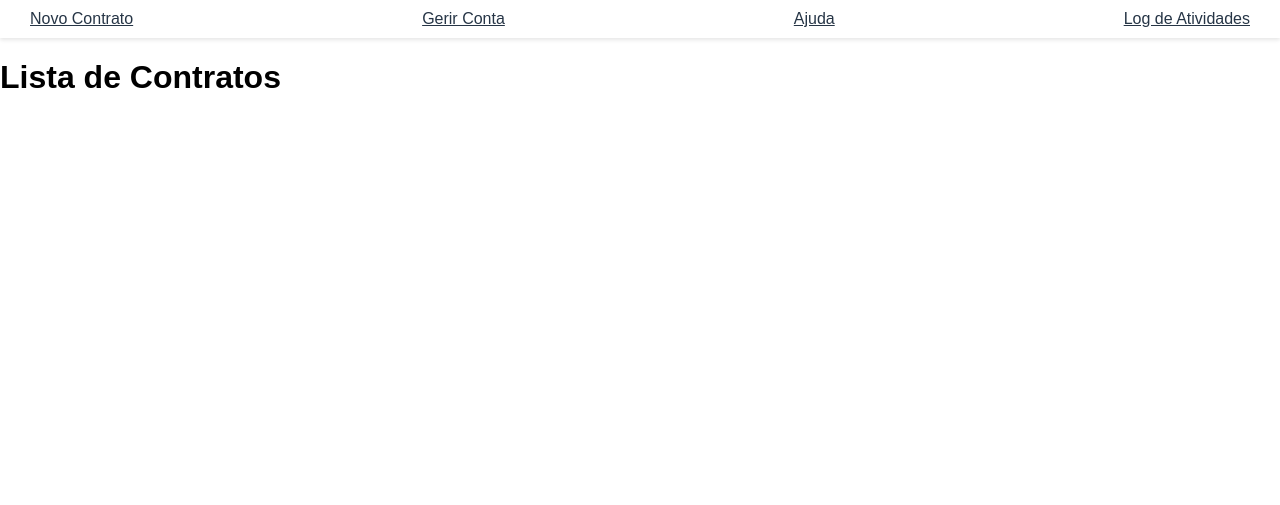
Repository: YuaneCastro/Sistema-de-Gest-o-de-Usu-rios-e-Contratos
Page: tela-principal/tela-principal.html
An editor plug-in stored every save of this project. The page is shown before and after the next save, followed by the edit.
The browser window is 1280 px wide. The pictures show the whole page.
After loading, the first visible `#criar-contrato-link` was clicked once.
The page's requests for data from a server got no answer.

Above is the page before, as saved 2024-06-23 11:15:46.
Console error: TypeError: Cannot read properties of null (reading 'addEventListener')

After the next save:
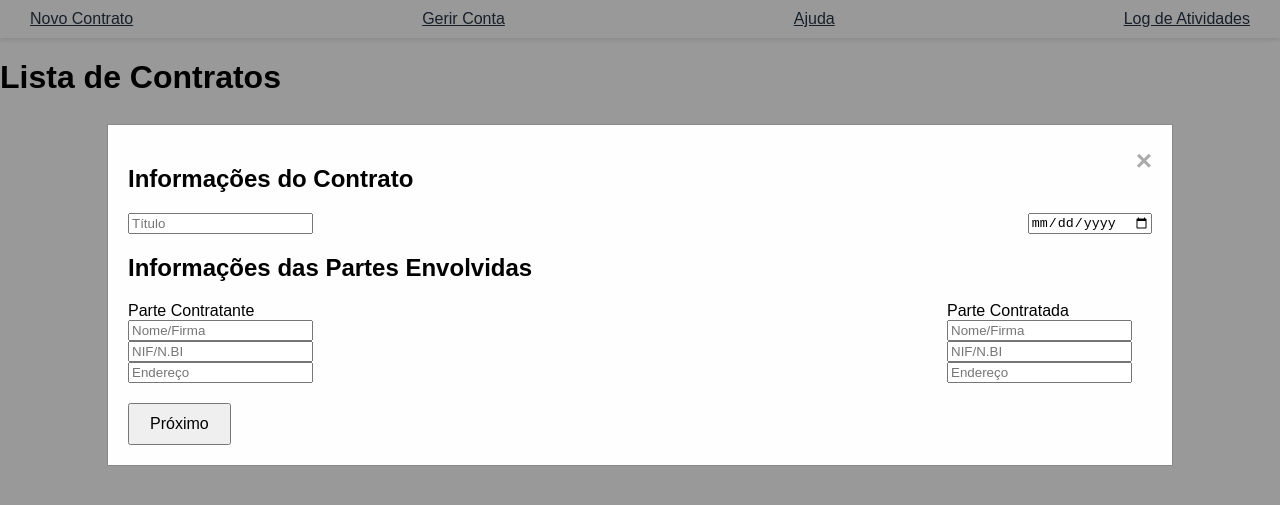
Saved 77 s later.
--- a/tela-principal/script-principal.js
+++ b/tela-principal/script-principal.js
@@ -2,76 +2,106 @@ document.addEventListener('DOMContentLoaded', () => {
     loadContratos();
     carregarLogsAtividades();
 
-    // Pega o modal
-    var modal = document.getElementById("logModal");
-
-    // Pega o link que abre o modal
-    var link = document.getElementById("log-atividades-link");
-
-    // Pega o elemento <span> que fecha o modal
-    var span = document.getElementsByClassName("close")[0];
-
-    // Quando o usuário clicar no link, abre o modal
-    link.onclick = function() {
+    // Função para abrir modal
+    function openModal(modal) {
         modal.style.display = "block";
     }
 
-    // Quando o usuário clicar no <span> (x), fecha o modal
-    span.onclick = function() {
+    // Função para fechar modal
+    function closeModal(modal) {
         modal.style.display = "none";
+    }
+
+    // Pega os modais
+    var logModal = document.getElementById("logModal");
+    var contratoModal = document.getElementById("contratoModal");
+    var helpModal = document.getElementById("helpModal");
+    var updateModal = document.getElementById("updateModal");
+
+    // Pega os links que abrem os modais
+    var logLink = document.getElementById("log-atividades-link");
+    var contratoLink = document.getElementById("criar-contrato-link");
+    var manageAccountLink = document.getElementById("manage-account-link");
+    var updateInfoLink = document.getElementById("update-info-link");
+
+    // Pega os elementos <span> que fecham os modais
+    var closeButtons = document.getElementsByClassName("close");
+
+    // Quando o usuário clicar nos links, abre os modais correspondentes
+    logLink.onclick = function() {
+        openModal(logModal);
+    }
+
+    contratoLink.onclick = function() {
+        openModal(contratoModal);
+    }
+
+    manageAccountLink.onclick = function() {
+        openModal(helpModal);
+    }
+
+    updateInfoLink.onclick = function() {
+        openModal(updateModal);
+    }
+
+    // Quando o usuário clicar nos <span> (x), fecha os modais correspondentes
+    for (let button of closeButtons) {
+        button.onclick = function() {
+            closeModal(button.closest(".modal"));
+        }
     }
 
     // Quando o usuário clicar em qualquer lugar fora do modal, fecha o modal
     window.onclick = function(event) {
-        if (event.target == modal) {
-            modal.style.display = "none";
+        if (event.target.classList.contains('modal')) {
+            closeModal(event.target);
         }
     }
 
     // Link de Novo Contrato
     document.getElementById('criar-contrato-link').addEventListener('click', function() {
-        document.getElementById('contrato-screen').classList.add('active');
+        openModal(contratoModal);
     });
 
     // Link de Gerir Conta
     document.getElementById('manage-account-link').addEventListener('click', function() {
-        document.getElementById('help-screen').classList.add('active');
+        openModal(helpModal);
     });
 
     // Voltar da tela de Definições de Conta
     document.getElementById('back-button').addEventListener('click', function() {
-        document.getElementById('help-screen').classList.remove('active');
+        closeModal(helpModal);
     });
 
     // Link de Atualizar Informações
     document.getElementById('update-info-link').addEventListener('click', function() {
-        document.getElementById('update-screen').classList.add('active');
+        openModal(updateModal);
     });
 
     // Voltar da tela de Atualizar Informações
     document.getElementById('update-back-button').addEventListener('click', function() {
-        document.getElementById('update-screen').classList.remove('active');
+        closeModal(updateModal);
     });
 
     // Voltar da tela de Criação de Contratos
     document.getElementById('contrato-back-button').addEventListener('click', function() {
-        document.getElementById('contrato-screen').classList.remove('active');
+        closeModal(contratoModal);
     });
 
     // Voltar para a tela inicial da tela de Criação de Contratos
     document.getElementById('contrato-back-to-main-button').addEventListener('click', function() {
-        document.getElementById('contrato-screen').classList.remove('active');
+        closeModal(contratoModal);
     });
 
     // Link de Log de Atividades
     document.getElementById('log-atividades-link').addEventListener('click', async function() {
-        document.getElementById('logs-screen').classList.add('active');
+        openModal(logModal);
         await carregarLogsAtividades();
     });
 
     // Voltar da tela de Log de Atividades
     document.getElementById('logs-back-button').addEventListener('click', function() {
-        document.getElementById('logs-screen').classList.remove('active');
+        closeModal(logModal);
     });
 
     // Submissão do formulário de atualização de informações
@@ -90,8 +120,7 @@ document.addEventListener('DOMContentLoaded', () => {
             }
 
             alert('Informações atualizadas com sucesso!');
-            // document.getElementById('update-screen').classList.remove('active'); // Não remover a tela de atualização
-            // Adicionar lógica adicional após a atualização, se necessário
+            closeModal(updateModal);
 
         } catch (error) {
             console.error('Erro ao atualizar informações:', error.message);
